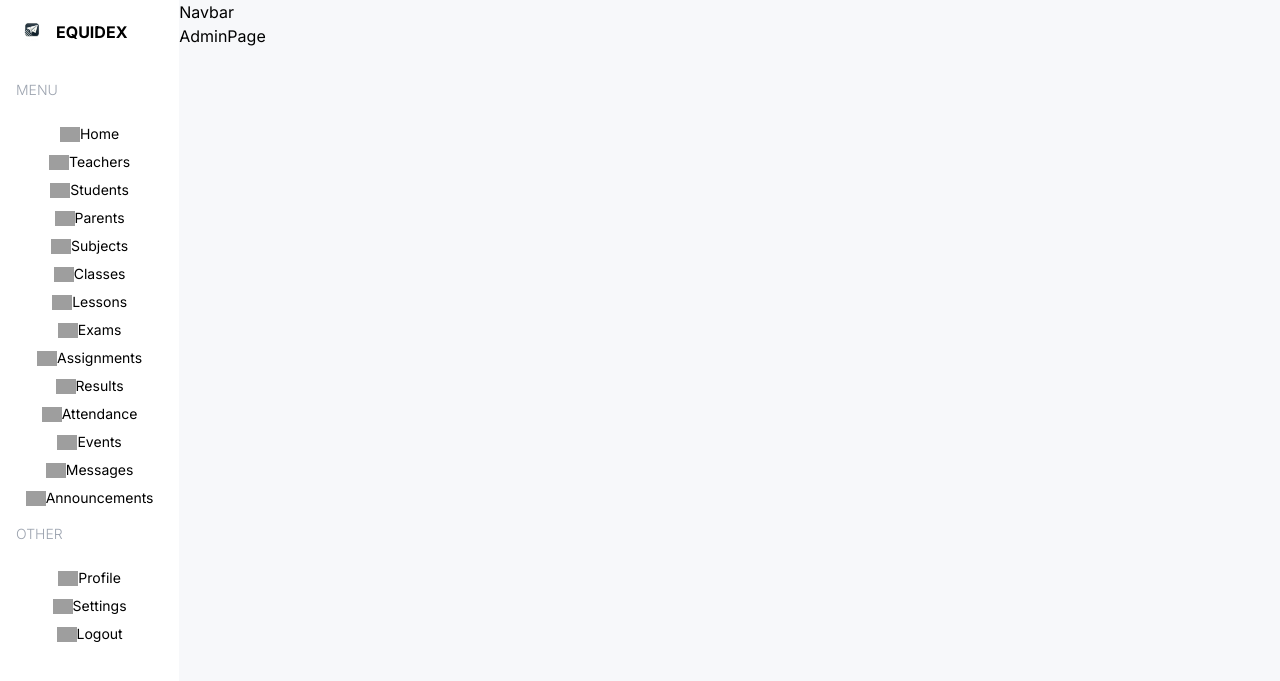
Repository: MikeeBuilds/equidex
Page: /admin
The author's editor kept a copy of each file at every save. The page is drawn from the files as they stood at one save, then again after a run of saves.
The browser window is 1280 px wide. The pictures show the whole page.
Pictures or frames that could not be fetched are drawn as grey boxes. The project was rebuilt for these pictures with package versions that can differ from the ones it lists, and the page was loaded fresh each time. The framework's server and built-in components were replaced by stand-ins that run in the browser. Also part of the build but not shown: next.config.mjs.

Above is the page before, as saved 2024-09-24 17:09:31.

### src/app/layout.tsx
import type { Metadata } from "next";
import { Inter } from "next/font/google";
import "./globals.css";

const inter = Inter({ subsets: ["latin"] });

export const metadata: Metadata = {
  title: "Equidex",
  description: "Link with builders & share workload for sweat equity",
};

export default function RootLayout({
  children,
}: Readonly<{
  children: React.ReactNode;
}>) {
  return (
    <html lang="en">
      <body className={inter.className}>

        {children}
      </body>
    </html>
  );
}

### src/app/(dashboard)/layout.tsx
import Menu from "@/components/Menu";
import Navbar from "@/components/Navbar";
import Image from "next/image";
import Link from "next/link";

export default function DashboardLayout({
  children,
}: Readonly<{
  children: React.ReactNode;
}>) {
  return (
    <div className="h-screen flex">
      {/* LEFT */}
      <div className="w-[14%] md:w-[8%] lg:w-[16%] xl:w-[14%] p-4">
        <Link
          href="/"
          className="flex items-center justify-center lg:justify-start gap-2"
        >
          <Image src="/logo.png" alt="logo" width={32} height={32} />
          <span className="hidden lg:block font-bold">EQUIDEX</span>
        </Link>
        <Menu />
      </div>
      {/* RIGHT */}
      <div className="w-[86%] md:w-[92%] lg:w-[84%] xl:w-[86%] bg-[#F7F8FA] overflow-scroll flex flex-col">
        <Navbar />
        {children}
      </div>
    </div>
  );
}

### src/components/Menu.tsx
import Image from "next/image";
import Link from "next/link";

const menuItems = [
  {
    title: "MENU",
    items: [
      {
        icon: "/home.png",
        label: "Home",
        href: "/",
        visible: ["admin", "teacher", "student", "parent"],
      },
      {
        icon: "/teacher.png",
        label: "Teachers",
        href: "/list/teachers",
        visible: ["admin", "teacher"],
      },
      {
        icon: "/student.png",
        label: "Students",
        href: "/list/students",
        visible: ["admin", "teacher"],
      },
      {
        icon: "/parent.png",
        label: "Parents",
        href: "/list/parents",
        visible: ["admin", "teacher"],
      },
      {
        icon: "/subject.png",
        label: "Subjects",
        href: "/list/subjects",
        visible: ["admin"],
      },
      {
        icon: "/class.png",
        label: "Classes",
        href: "/list/classes",
        visible: ["admin", "teacher"],
      },
      {
        icon: "/lesson.png",
        label: "Lessons",
        href: "/list/lessons",
        visible: ["admin", "teacher"],
      },
      {
        icon: "/exam.png",
        label: "Exams",
        href: "/list/exams",
        visible: ["admin", "teacher", "student", "parent"],
      },
      {
        icon: "/assignment.png",
        label: "Assignments",
        href: "/list/assignments",
        visible: ["admin", "teacher", "student", "parent"],
      },
      {
        icon: "/result.png",
        label: "Results",
        href: "/list/results",
        visible: ["admin", "teacher", "student", "parent"],
      },
      {
        icon: "/attendance.png",
        label: "Attendance",
        href: "/list/attendance",
        visible: ["admin", "teacher", "student", "parent"],
      },
      {
        icon: "/calendar.png",
        label: "Events",
        href: "/list/events",
        visible: ["admin", "teacher", "student", "parent"],
      },
      {
        icon: "/message.png",
        label: "Messages",
        href: "/list/messages",
        visible: ["admin", "teacher", "student", "parent"],
      },
      {
        icon: "/announcement.png",
        label: "Announcements",
        href: "/list/announcements",
        visible: ["admin", "teacher", "student", "parent"],
      },
    ],
  },
  {
    title: "OTHER",
    items: [
      {
        icon: "/profile.png",
        label: "Profile",
        href: "/profile",
        visible: ["admin", "teacher", "student", "parent"],
      },
      {
        icon: "/setting.png",
        label: "Settings",
        href: "/settings",
        visible: ["admin", "teacher", "student", "parent"],
      },
      {
        icon: "/logout.png",
        label: "Logout",
        href: "/logout",
        visible: ["admin", "teacher", "student", "parent"],
      },
    ],
  },
];

const Menu = () => {
  return (
    <div className=" mt-4 text-sm">
      {menuItems.map(i=> (
        <div className="flex flex-col gap-2" key={i.title}>
          <span className="hidden lg:block text-gray-400 font-light my-4">{i.title}</span>
          {i.items.map(item => (
            <Link className="flex items-center justify-center" href={item.href} key={item.label}>
              <Image src={item.icon} alt="" width={20} height={20} />
              <span>{item.label}</span>
            </Link>
          ))}
        </div>
      ))}
    </div>
  )
}

export default Menu;

Loaded but not shown: src/app/(dashboard)/admin/page.tsx (common file); src/app/globals.css (common file); src/components/Navbar.tsx (common file); tailwind.config.ts (common file)

After the next 4 saves:
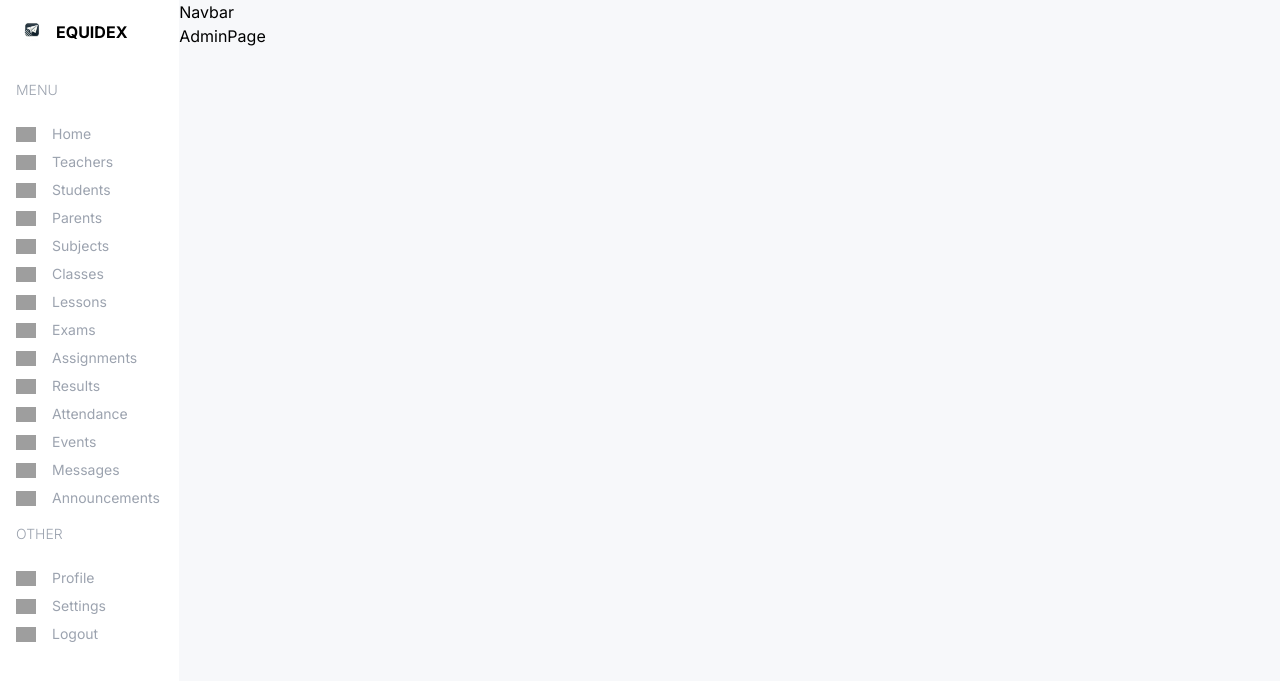
The 4 saves are shown as one change because they came seconds apart.
The last was saved 13 s later.
--- a/src/components/Menu.tsx
+++ b/src/components/Menu.tsx
@@ -123,7 +123,7 @@
         <div className="flex flex-col gap-2" key={i.title}>
           <span className="hidden lg:block text-gray-400 font-light my-4">{i.title}</span>
           {i.items.map(item => (
-            <Link className="flex items-center justify-center" href={item.href} key={item.label}>
+            <Link className="flex items-center justify-center lg:justify-start gap-4 text-gray-400 hover:text-black" href={item.href} key={item.label}>
               <Image src={item.icon} alt="" width={20} height={20} />
               <span>{item.label}</span>
             </Link>
